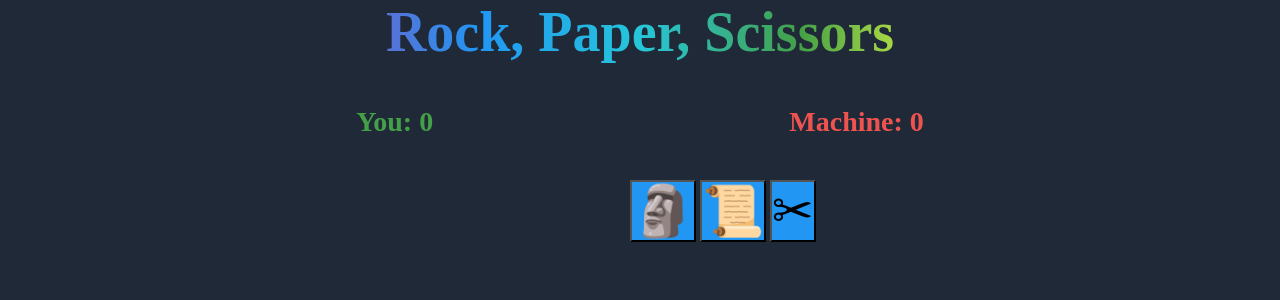
Repository: dung8466/RPS
Page: index.html
The author's editor kept a copy of each file at every save. The page is drawn from the files as they stood at one save, then again after the next save.
The browser window is 1280 px wide. The pictures show the whole page.

Above is the page before, as saved 2022-07-01 21:20:13.

After the next save:
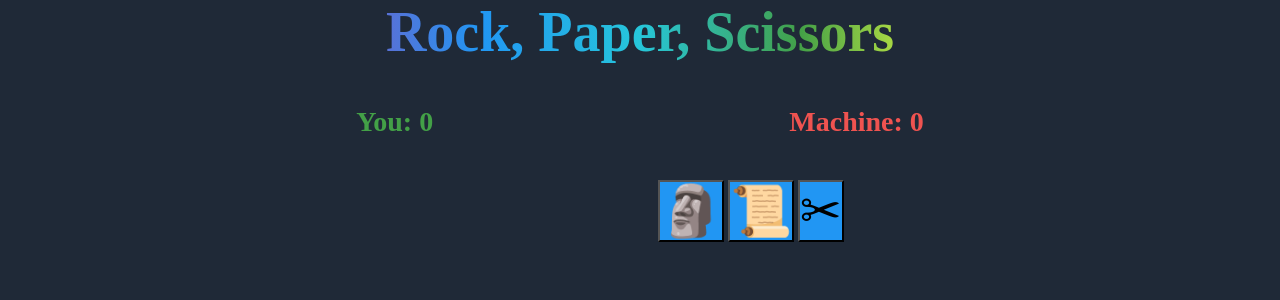
Saved 5 s later.
--- a/style.css
+++ b/style.css
@@ -39,7 +39,7 @@
     color :#ef5350;
 }
 .selections{
-    margin-left: 45em;
+    margin-left: 47em;
 }
 .selection{
     font-size: 50px;
